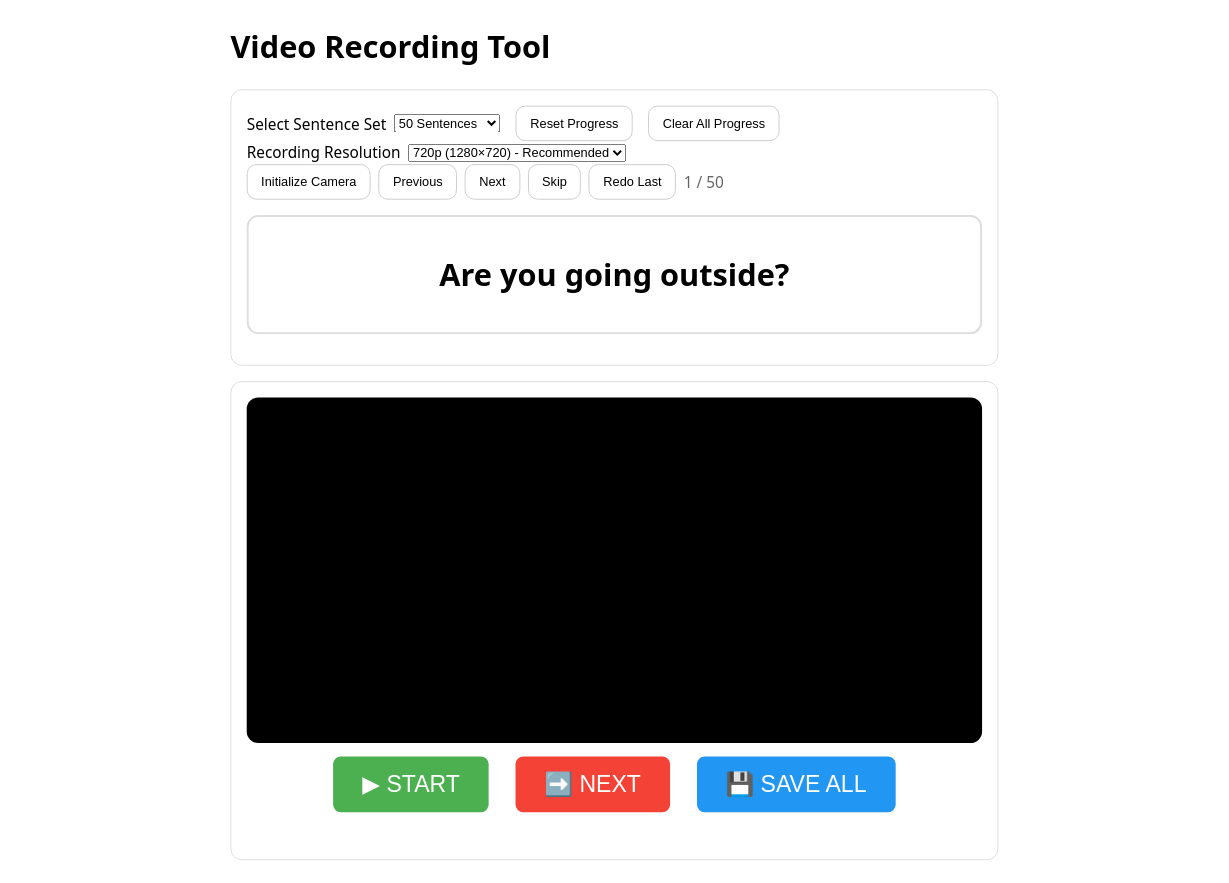
Repository: video2speech/video2speech.github.io
Page: index.html
These files come from the project's save history. The page is drawn as it stood at one moment and after the next save; the edit follows.
The browser window is 1280 px wide. The pictures show the whole page, at 96% of full size.

Above is the page before, as saved 2025-09-04 11:52:16.

After the next save:
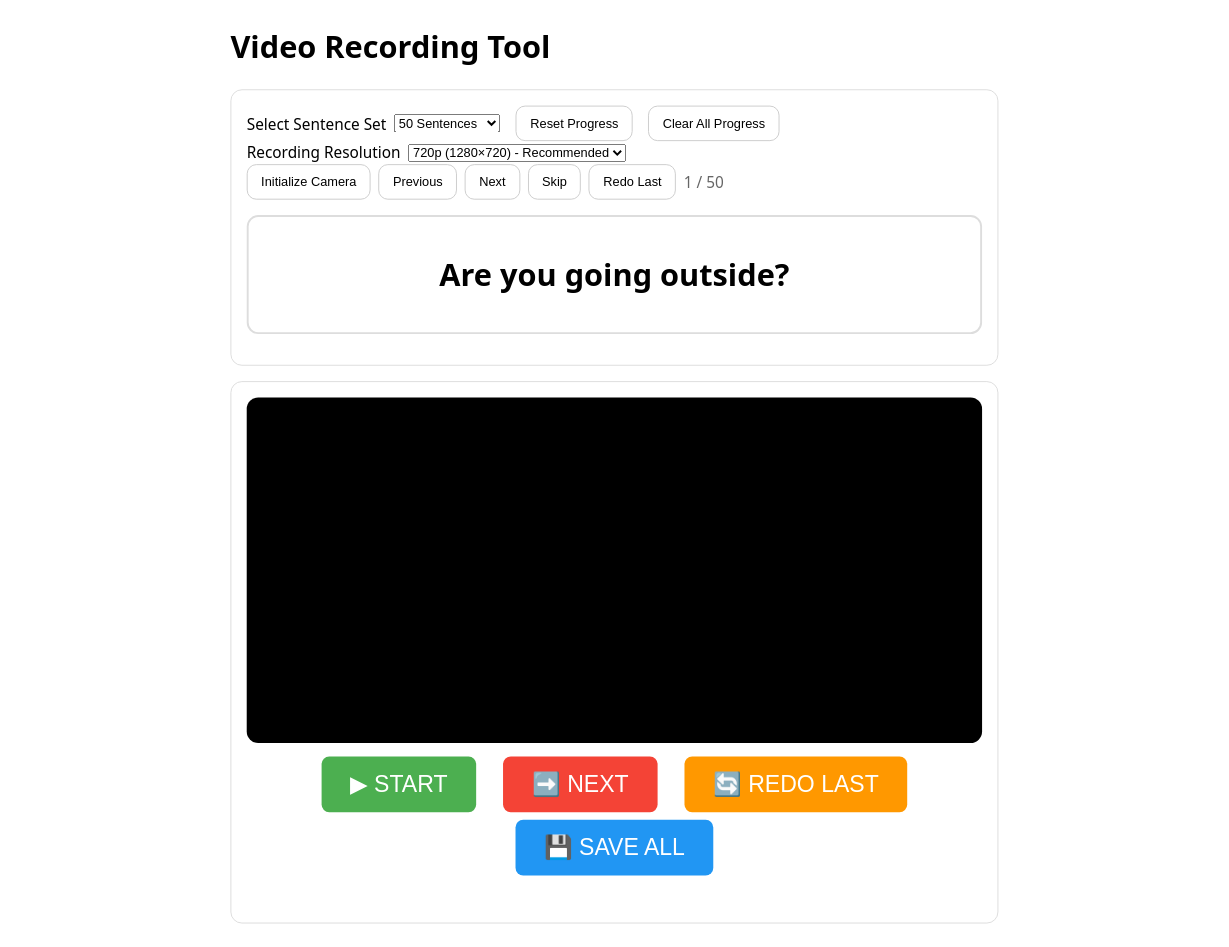
Saved 27 s later.
--- a/index.html
+++ b/index.html
@@ -52,6 +52,9 @@
     <div class="row" style="margin-top:8px; justify-content: center;">
       <button id="start" style="font-size: 1.5rem; padding: 15px 30px; background: #4CAF50; color: white; border: none; border-radius: 8px; cursor: pointer; margin: 0 10px;">▶ START</button>
       <button id="stop" style="font-size: 1.5rem; padding: 15px 30px; background: #f44336; color: white; border: none; border-radius: 8px; cursor: pointer; margin: 0 10px;">➡️ NEXT</button>
+      <button id="redoMain" style="font-size: 1.5rem; padding: 15px 30px; background: #FF9800; color: white; border: none; border-radius: 8px; cursor: pointer; margin: 0 10px;">🔄 REDO LAST</button>
+    </div>
+    <div class="row" style="margin-top:8px; justify-content: center;">
       <button id="saveAllMain" style="font-size: 1.5rem; padding: 15px 30px; background: #2196F3; color: white; border: none; border-radius: 8px; cursor: pointer; margin: 0 10px;">💾 SAVE ALL</button>
     </div>
     <div class="row" style="justify-content: center; margin-top: 10px;">
